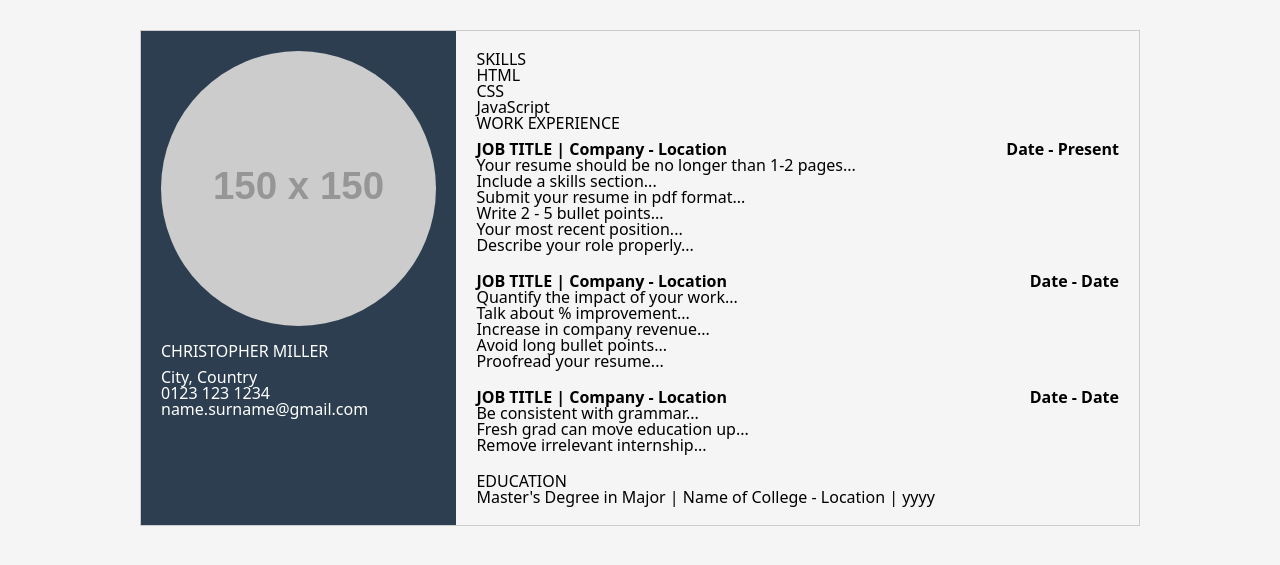
Repository: doanhieu0707/Homework-Day-5
Page: cv-flex.html
An editor plug-in stored every save of this project. The page is shown before and after the next save, followed by the edit.
The browser window is 1280 px wide. The pictures show the whole page.

Above is the page before, as saved 2026-04-22 14:40:37.

After the next save:
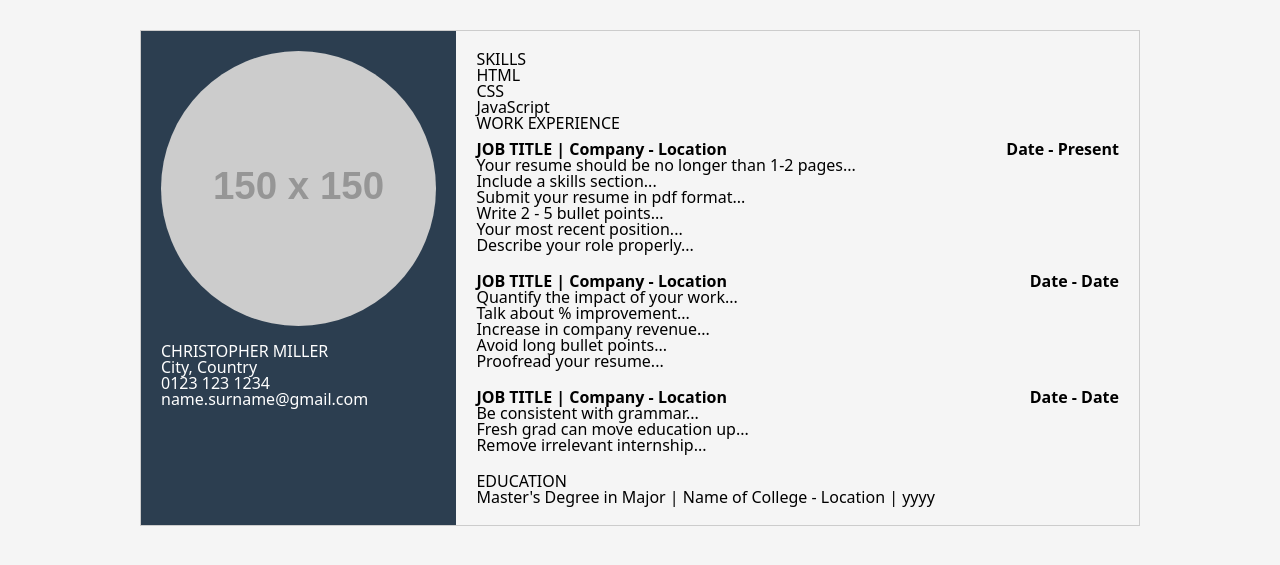
Saved 21 s later.
--- a/cv-flex.html
+++ b/cv-flex.html
@@ -14,7 +14,7 @@
             <!-- SIDEBAR -->
             <div class="sidebar">
                 <img src="https://via.placeholder.com/150" alt="avatar" />
-                <h2>CHRISTOPHER MILLER</h2>
+                <h1>CHRISTOPHER MILLER</h1>
                 <p>City, Country</p>
                 <p>0123 123 1234</p>
                 <p>name.surname@gmail.com</p>
